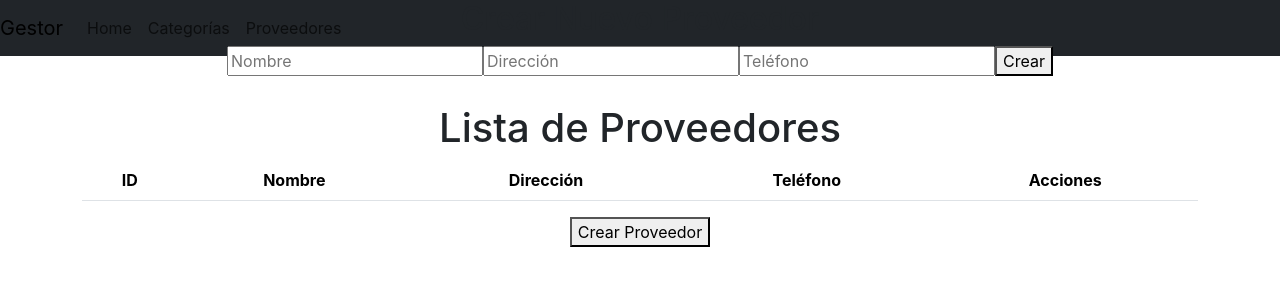
Repository: SantiagoGuaman/gestor-app
Page: /providers, after clicking the first element matching `button`
These files come from the project's save history. The page is drawn as it stood at one moment and after the next save; the edit follows.
The browser window is 1280 px wide. The pictures show the whole page.
The page's requests for data from a server got no answer. The project was rebuilt for these pictures with package versions that can differ from the ones it lists, and the page was loaded fresh each time. No one was signed in, and anything a server would have sent is missing. Also part of the build but not shown: src/App.css, src/Categories/GetDataCategories.js, src/HomePage/HomePage.js.

Above is the page before, as saved 2024-02-14 11:31:21.

After the next save:
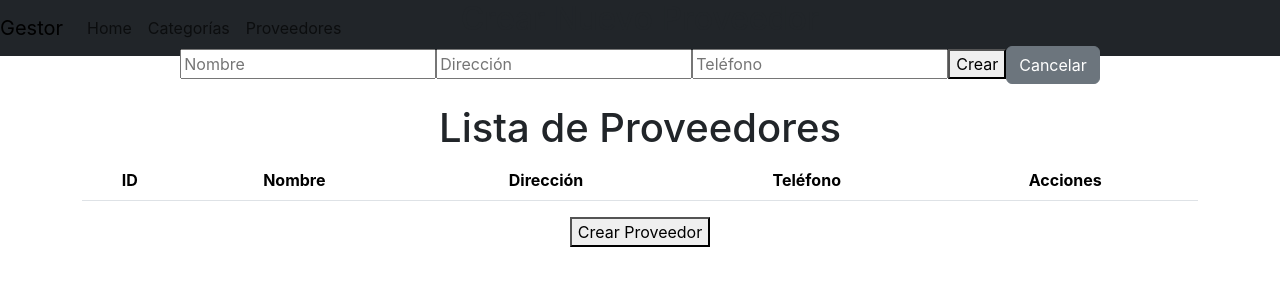
Saved 13 s later.
--- a/src/Proveedores/GetDataProviders.js
+++ b/src/Proveedores/GetDataProviders.js
@@ -160,6 +160,8 @@ function GetDataProviders() {
                         onChange={(e) => setNewProveedor({ ...newProveedor, telefono: e.target.value })}
                     />
                     <button onClick={handleCreate}>Crear</button>
+                    <button type="button" className="btn btn-secondary" onClick={() => setCreateModalOpen(false)}>Cancelar</button>
+
                 </div>
             )}
             {editProveedor.id && (
